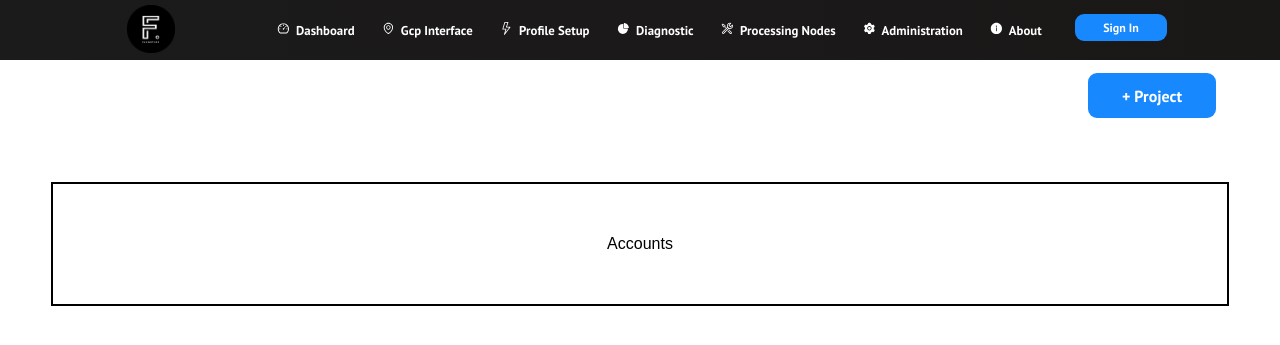
Repository: Akshaykumar1111/akki
Page: /Dashboard
The author's editor kept a copy of each file at every save. The page is drawn from the files as they stood at one save, then again after the next save.
The browser window is 1280 px wide. The pictures show the whole page.
Some web libraries are served in a nearby version. The project was rebuilt for these pictures with package versions that can differ from the ones it lists, and the page was loaded fresh each time. Also part of the build but not shown: src/components/pages/Administration.js, src/components/pages/Diagnostic.js, src/components/pages/ProfileSetup.js, src/components/pages/GcpInterface.js, src/components/pages/ProcessingNodes.js, src/components/pages/About.js, src/components/pages/Popup.css, src/components/pages/LogInPopup.js and 6 more.

Above is the page before, as saved 2022-10-20 10:13:57.

### src/App.css
* {
  box-sizing: border-box;
  margin: 0;
  padding: 0;
  font-family: 'PT Sans', sans-serif;
}

.home,
.Diagnostic,
.Dashboard,
.ProfileSetup,
.GcpInterface,
.ProcessingNodes,
.products,
.Administration,
.DeveloperTools,
.About,
.sign-up,
.SigUp,
.Forgot,
.marketing,
.consulting {
  display: flex;
  height: 961.3px;
  align-items: center;
  justify-content: center;
  font-size: 2rem;
}


.map-container{
  width: 100%;
  height: 100%;
}

.Dashboard {
  background-image: url('./images/img-1.jpg');
  background-position: center;
  background-size: cover;
  background-repeat: no-repeat;
  color: #fff;
  font-size: 100px;

  margin-bottom: 10px;
}

.GcpInterface {
  background-image: url('./images/img-2.jpg');
  background-position: center;
  background-size: cover;
  background-repeat: no-repeat;
  color: #fff;
  font-size: 100px;
}

.Diagnostic {
  background-image: url('./images/img-3.jpg');
  background-position: center;
  background-size: fill;
  background-repeat: no-repeat;
  color: #fff;
  font-size: 100px;
}

.ProfileSetup {
  background-image: url('./images/img-4.jpg');
  background-position: center;
  background-size: cover;
  background-repeat: no-repeat;
  color: #fff;
  font-size: 100px;
}

.sign-up {
  background-image: url('./images/img-7.jpg');
  background-position: center;
  background-size: cover;
  background-repeat: no-repeat;
  color: #fff;
  font-size: 100px;
}

.marketing {
  background-image: url('./images/img-6.jpg');
  background-position: center;
  background-size: cover;
  background-repeat: no-repeat;
  color: #fff;
  font-size: 100px;
}

.consulting {
  background-image: url('./images/img-5.jpg');
  background-position: bottom;
  background-size: cover;
  background-repeat: no-repeat;
  color: #fff;
  font-size: 100px;
}

### src/components/Navbar.css
.navbar {

  height: 70px;
  display: flex;
  justify-content: center;
  align-items: center;
  font-size: 1.2rem;


}
.nav-bg1{
  background-color: rgba(42, 41, 41, 0.606);
  }
.nav-bg2{
  background: linear-gradient(90deg, rgb(28, 27, 27) 0%, rgb(26, 23, 23) 100%);

}

.navbar-logo {
  color: #fff;
  justify-self: start;
  margin-left: 20px;
  cursor: pointer;
  text-decoration: none;
  font-size: 2rem;
}

.fa-firstdraft {
    margin-left: -18%;
    font-size: 1rem;
    height: 4rem;
    width: 4rem;
    text-align: center;
    margin-top: 12%;
    margin-left: -190%;
}
/* .log-img{
  width: 8%;
} */
.nav-menu {
  display: grid;
  grid-template-columns: repeat(8, auto);
  grid-gap: 10px;
  list-style: none;
  text-align: center;
  width: 70vw;
  justify-content: end;
  margin-right: 2rem;
}

.nav-item {
  display: flex;
  align-items: center;
  height: 80px;
  margin-top: 8%;
  display: flex;
}

.nav-links {
  color: white;
  text-decoration: none;
  padding: 0.5rem 1rem;
}

.nav-links:hover {
  background-color: #1888ff;
  border-radius: 4px;
  transition: all 0.2s ease-out;
}

.fa-bars {
  color: #fff;
}

.nav-links-mobile {
  display: none;
}

.menu-icon {
  display: none;
}
.li1{
  margin-top: 9%;
}

.li2{
  margin-top: 8%;
}
.li4{
  margin-top: 9%;
}
.li5{
  margin-top: 6.5%;
}
.li6{
  margin-top: 7.3%;
}
.li7{
  margin-top: 12.4%;
}
.li8{
  margin-top: 7%;
}

.nav-links1 {
  color: white;
  text-decoration: none;
  padding: 0.5rem 1rem;
}






@media screen and (max-width: 1648px) {
  .navbar {
    /* background: linear-gradient(90deg, rgb(28, 27, 27) 0%, rgb(26, 23, 23) 100%); */
    height: 60px;
    display: flex;
    justify-content: center;
    align-items: center;
    font-size: 0.8rem;
  }
  .nav-bg1{
    background-color: rgba(42, 41, 41, 0.606);
    }
  .nav-bg2{
    background: linear-gradient(90deg, rgb(28, 27, 27) 0%, rgb(26, 23, 23) 100%);

  }
  .navbar-logo {
    color: #fff;
    justify-self: start;
    margin-left: 20px;
    cursor: pointer;
    text-decoration: none;
    font-size: 1.5rem;
    padding-right: 1%;
  }

  .fa-firstdraft {
    margin-left: -6%;
    font-size: 1rem;
    height: 3rem;
    width: 3rem;
    text-align: center;
    margin-top: 12%;
}

  .nav-menu {
    display: grid;
    grid-template-columns: repeat(8, auto);
    grid-gap: 8px;
    list-style: none;
    text-align: center;
    width: 75vw;
    justify-content: end;
    margin-right: 1.2rem;
  }

  .nav-item {
    display: flex;
    align-items: center;
    height: 75px;
  }

  .nav-links {
    color: white;
    text-decoration: none;
    padding: 0.5rem 0.6rem;
  }

  .nav-links1 {
    color: white;
    text-decoration: none;
    padding: 0.5rem 1rem;
  }

  .nav-links:hover {
    background-color: #1888ff;
    border-radius: 4px;
    transition: all 0.2s ease-out;
  }

  .fa-bars {
    color: #fff;
  }

  .nav-links-mobile {
    display: none;
  }

  .menu-icon {
    display: none;
  }
  .li1{
    margin-top: 9%;
  }

  .li2{
    margin-top: 8%;
  }
  .li4{
    margin-top: 9%;
  }
  .li5{
    margin-top: 6.5%;
  }
  .li6{
    margin-top: 7.3%;
  }
  .li7{
    margin-top: 12.4%;
  }
  .li8{
    margin-top: 7%;
  }

}



@media screen and (max-width: 961px) {
  .NavbarItems {
    position: relative;
  }

  .nav-menu {
    display: flex;
    flex-direction: column;
    width: 100%;
    height: 90vh;
    position: absolute;
    top: 80px;
    left: -100%;
    opacity: 1;
    transition: all 0.5s ease;
  }

  .nav-menu.active {
    background: #242222;
    left: 0;
    opacity: 1;
    transition: all 0.5s ease;
    z-index: 1;
  }

  .nav-links {
    text-align: center;
    padding: 0rem;
    width: 100%;
    display: table;
    margin-top: -1%;
  }

  .nav-links1 {
    color: white;
    text-decoration: none;
    padding: 0.5rem 1rem;
  }


  .nav-links:hover {
    background-color: #1888ff;
    border-radius: 0;
  }

  .navbar-logo {
    position: absolute;
    top: 0;
    left: 0;
    transform: translate(25%, 50%);
  }

  .menu-icon {
    display: block;
    position: absolute;
    top: -8px;
    right: 0;
    transform: translate(-100%, 60%);
    font-size: 1.8rem;
    cursor: pointer;
  }

  .fa-times {
    color: #fff;
    font-size: 2rem;
  }
  .nav-item {
    display: flex;
    align-items: center;
    height: 88px;
    font-size: 155%;
}

  .nav-links-mobile {
    display: block;
    text-align: center;
    /* padding: 1.5rem; */
    margin: 0rem auto;
    border-radius: 16px;
    width: 50%;
    background: #1888ff;
    text-decoration: none;
    color: #fff;
    font-size: 1.2rem;
    height: 55px;
    margin-bottom: 2%;
    padding-top: 2%;
  }

  .nav-links-mobile:hover {
    background: #fff;
    color: #1888ff;
    transition: 250ms;
  }

  .nav-Button{
    margin-top: 14%;
  }
  /* button {
    display: none;
  } */
  .fa-firstdraft {
    margin-left: 85%;
    font-size: 1rem;
    height: 3rem;
    width: 3rem;
    text-align: center;
    margin-top: -28%;
}
.li1{
  margin-top: 9%;
}

.li2{
  margin-top: 8%;
}
.li4{
  margin-top: 9%;
}
.li5{
  margin-top: 6.5%;
}
.li6{
  margin-top: 7.3%;
}
.li7{
  margin-top: 12.4%;
}
.li8{
  margin-top: 7%;
}

}



@media screen and (max-width: 480px) {
  .NavbarItems {
    position: relative;
  }

  .nav-menu {
    display: flex;
    flex-direction: column;
    width: 100%;
    height: 90vh;
    position: absolute;
    top: 80px;
    left: -100%;
    opacity: 1;
    transition: all 0.5s ease;
  }

  .nav-menu.active {
    background: #242222;
    left: 0;
    opacity: 1;
    transition: all 0.5s ease;
    z-index: 1;
  }

  .nav-links {
    text-align: center;
    padding: 0rem;
    width: 100%;
    display: table;
    margin-top: -1%;
  }

  .nav-links1 {
    color: white;
    text-decoration: none;
    padding: 0.5rem 1rem;
  }


  .nav-links:hover {
    background-color: #1888ff;
    border-radius: 0;
  }

  .navbar-logo {
    position: absolute;
    top: 0;
    left: 0;
    transform: translate(25%, 50%);
  }

  .menu-icon {
    display: block;
    position: absolute;
    top: -8px;
    right: 0;
    transform: translate(-100%, 60%);
    font-size: 1.8rem;
    cursor: pointer;
  }

  .fa-times {
    color: #fff;
    font-size: 2rem;
  }
  .nav-item {
    display: flex;
    align-items: center;
    height: 88px;
    font-size: 155%;
}

  .nav-links-mobile {
    display: block;
    text-align: center;
    /* padding: 1.5rem; */
    margin: 0rem auto;
    border-radius: 16px;
    width: 50%;
    background: #1888ff;
    text-decoration: none;
    color: #fff;
    font-size: 1.2rem;
    height: 55px;
    margin-bottom: 2%;
    padding-top: 2%;
  }

  .nav-links-mobile:hover {
    background: #fff;
    color: #1888ff;
    transition: 250ms;
  }

  .nav-Button{
    margin-top: 14%;
  }
  /* button {
    display: none;
  } */
  .fa-firstdraft {
    margin-left: 50%;
    font-size: 1rem;
    height: 3rem;
    width: 3rem;
    text-align: center;
    margin-top: -28%;
}
.li1{
  margin-top: 9%;
}

.li2{
  margin-top: 8%;
}
.li4{
  margin-top: 9%;
}
.li5{
  margin-top: 6.5%;
}
.li6{
  margin-top: 7.3%;
}
.li7{
  margin-top: 12.4%;
}
.li8{
  margin-top: 7%;
}

}

/* <-----------sticky navbar----------> */
/* .sticky{
  position: fixed;
  top: 0;
  left: 0;
  width: 100%;
  height: 5rem;
  padding-top: 0;
  padding-bottom: 0;
  box-shadow: 0 0 2rem 0 rgb(0,0,0,5);
} */
/* <-----------sticky navbar end----------> */

### src/components/Button.css
:root {
  --primary: #1888ff;
}

.btn {
  padding: 6px 9px;
  border-radius: 4px;
  outline: none;
  border: none;
  font-size: 15px;
  color: #fff;
  cursor: pointer;
  background-color: var(--primary);
  margin-top: 33%;
}
.projectbtn {
  font-size: 150%;
  /* padding: 0.5% 0.1% 0.5% 0.1%; */
  width: 10%;
  margin-top: 1%;
  margin-left: 89%;
}

.btn:hover {
  padding: 5px 9px;
  transition: all 0.3s ease-out;
  background-color: transparent;
  color: #fff;
  border-radius: 4px;
  border: 2px solid var(--primary);
  transition: all 0.3s ease-out;
}
@media screen and (max-width: 1140px) {
  .NavbarItems {
    position: relative;
  }
  :root {
    --primary: #1888ff;
  }

  .btn {
    padding: 6px 12px;
    border-radius: 9px;
    outline: none;
    border: none;
    font-size: 12px;
    color: #fff;
    cursor: pointer;
    background-color: var(--primary);
    margin-top: 36%;
  }
  .projectbtn {
    font-size: 150%;
    /* padding: 0.5% 0.1% 0.5% 0.1%; */
    width: 10%;
    margin-top: 1%;
    margin-left: 89%;
  }

  .btn:hover {
    padding: 6px 18px;
    transition: all 0.3s ease-out;
    background-color: transparent;
    color: #fff;
    border-radius: 4px;
    border: 2px solid var(--primary);
    transition: all 0.3s ease-out;
  }
}

@media screen and (max-width: 1648px) {
  .NavbarItems {
    position: relative;
  }
  :root {
    --primary: #1888ff;
  }

  .btn {
    padding: 6px 12px;
    border-radius: 9px;
    outline: none;
    border: none;
    font-size: 12px;
    color: #fff;
    cursor: pointer;
    background-color: var(--primary);
    margin-top: 26%;
  }
  .projectbtn {
    font-size: 100%;
    padding: 1% 0.1% 1% 0.1%;
    width: 10%;
    margin-top: 1%;
    margin-left: 85%;
  }

  .btn:hover {
    padding: 6px 18px;
    transition: all 0.3s ease-out;
    background-color: transparent;
    color: #fff;
    border-radius: 4px;
    border: 2px solid var(--primary);
    transition: all 0.3s ease-out;
  }
}




@media screen and (max-width: 961px) {
  .NavbarItems {
    position: relative;
  }
  :root {
    --primary: #1888ff;
  }

  .btn {

    border-radius: 9px;
    outline: none;
    border: none;
    font-size: 12px;
    color: #fff;
    cursor: pointer;
    background-color: var(--primary);
    width: auto;
    margin-top: 3%;
  }
  .projectbtn {
    font-size: 100%;
    padding: 1.5% 0.1% 1.5% 0.1%;
    width: 10%;
    margin-top: 1%;
    margin-left: 86%;
  }

  .btn:hover {
    padding: 0px 0px;
    transition: all 0.3s ease-out;
    background-color: transparent;
    color: #fff;
    border-radius: 4px;
    border: 2px solid var(--primary);
    transition: all 0.3s ease-out;
  }
}

### src/components/pages/Signin.css
.sign-ups{
    display: flex;
    height: 33px;
    align-items: center;
    justify-content: center;
    font-size: 3rem;
    margin-top: -9px;
    color:whitesmoke;
    text-shadow: 2px 2px 15px white;
  }
  body {font-family: Arial, Helvetica, sans-serif;}
  /* The Modal (background) */
  .Main-login-Div {
  width: 100%;
  height: 100%;
  background-color: rgba(0,0,0,0.4);

  padding:10% 20% 5.6% 20%;

  background-image: url('../../images/abhi.jpg');
  background-size: cover;


  }

  /* input[type=text], input[type=password] {
  width: 100%;
  padding: 12px 20px;
  margin: 12px 0;
  display: inline-block;
  border: 1px solid #ccc;
  box-sizing: border-box;
  } */
  .input[type=text], .input[type=password] {
    width: 100%;
    padding: 12px 20px;
    margin: 12px 0;
    display: inline-block;
    border: 1px solid #ccc;
    box-sizing: border-box;
    }

  /* Set a style for all buttons */
  button {
  background-color: var(--primary);
  color: white;
  padding: 14px 20px;
  margin: 12px 0;
  border: none;
  cursor: pointer;
  width: 100%;
  border-radius: 10px;

  }


  button:hover {
  opacity: 0.8;
  }

  .nav-links-mobile {
    display: none;
  }

  /* Extra styles for the cancel button */
  .cancelbtn {
  width: auto;
  padding: 10px 18px;
  background-color: #f44336;
  border-radius: 9%;
  }

  .Signupbtn{
  width: auto;
  padding: 10px 18px;
  background-color: var(--primary);
  text-align: center;
  border-radius: 9%;
  }

  /* Center the image and position the close button */
  .imgcontainer  {
  text-align: center;
  margin: 24px 0 12px 0;
  position: relative;
  }

  img.avatar {
  width: 40%;
  border-radius: 50%;
  }

  .container {
  padding: 16px;
  /* text-align: right; */

  }
  .cont2{
    margin-left: 75px;
  }

  .container5 {

  /* text-align: right; */
  width: 100%;
  display: flex;
  /* height: 10%; */

  }

  .container1 {
  padding: 16px;

  width: 80%;

  }
  .container2 {
  width: 20%;
  text-align: right;
  padding: 16px;

  }







  span.psw {
  float: right;
  padding-top: 16px;
  }



  /* Modal Content/Box */
  .modal-content {
  background-color: #fefefe;
  margin: 5% auto 15% auto; /* 5% from the top, 15% from the bottom and centered */
  border: 1px solid #888;
  width: 80%; /* Could be more or less, depending on screen size */
  border-radius: 18px;
  }

  /* The Close Button (x) */
  .close {
  position: absolute;
  right: 25px;
  top: 0;
  color: #000;
  font-size: 35px;
  font-weight: bold;
  }

  .close:hover,
  .close:focus {
  color: red;
  cursor: pointer;
  }

  /* Add Zoom Animation */
  .animate {
  -webkit-animation: animatezoom 0.6s;
  animation: animatezoom 0.6s
  }

  @-webkit-keyframes animatezoom {
  from {-webkit-transform: scale(0)}
  to {-webkit-transform: scale(1)}
  }

  @keyframes animatezoom {
  from {transform: scale(0)}
  to {transform: scale(1)}
  }


  /* /////////////////////////////////////////////////////////////////////////////////////////////////////////////////// */
  @media screen and (max-width: 961px){
  .sign-ups{
    display: flex;
    height: 33px;
    align-items: center;
    justify-content: center;
    font-size: 3rem;
    margin-top: -9px;
    color:whitesmoke;
    text-shadow: 2px 2px 15px white;
  }
  body {font-family: Arial, Helvetica, sans-serif;}
  /* The Modal (background) */
  .Main-login-Div {
  width: 100%; /* Full width */
  height: 100%; /* Full height */
  background-color: rgba(0,0,0,0.4); /* Black w/ opacity */
  padding-top: 15%;
  padding-bottom: 2%;

  background-image: url('../../images/abhi.jpg');
  background-size: cover;


  }

  .input2[type=text], .input2[type=password] {
  width: 80%;
  padding: 12px 20px;
  margin: 12px 0;
  display: inline-block;
  border: 1px solid #ccc;
  box-sizing: border-box;
  }

  /* Set a style for all buttons */
  button {
  background-color: var(--primary);
  color: white;
  padding: 14px 20px;
  margin: 12px 0;
  border: none;
  cursor: pointer;
  width: 100%;
  border-radius: 10px;
  }


  button:hover {
  opacity: 0.8;
  }

  /* Extra styles for the cancel button */
  .cancelbtn {
  /* width: auto; */
  padding: 10px 18px;
  background-color: #f44336;
  }

  .Signupbtn{
  /* width: auto; */
  padding: 10px 18px;
  background-color: var(--primary);
  text-align: center;

  }

  /* Center the image and position the close button */
  .imgcontainer  {
  text-align: center;
  margin: 24px 0 12px 0;
  position: relative;
  }

  img.avatar {
  width: 40%;
  border-radius: 50%;
  }

  .container {
  padding: 16px;
  /* text-align: right; */

  }

  .container5 {

  /* text-align: right; */
  width: 100%;
  display: flex;
  /* height: 10%; */

  }

  .container1 {
  padding: 16px;

  width: 80%;

  }
  .container2 {
  width: 50%;
  text-align: right;
  padding: 16px;

  }








  span.psw {
  float: right;
  padding-top: 16px;
  }



  /* Modal Content/Box */
  .modal-content {
  background-color: #fefefe;
  margin: 5% auto 15% auto; /* 5% from the top, 15% from the bottom and centered */
  border: 1px solid #888;
  width: 80%; /* Could be more or less, depending on screen size */
  border-radius: 18px;
  }

  /* The Close Button (x) */
  .close {
  position: absolute;
  right: 25px;
  top: 0;
  color: #000;
  font-size: 35px;
  font-weight: bold;
  }

  .close:hover,
  .close:focus {
  color: red;
  cursor: pointer;
  }

  /* Add Zoom Animation */
  .animate {
  -webkit-animation: animatezoom 0.6s;
  animation: animatezoom 0.6s
  }

  @-webkit-keyframes animatezoom {
  from {-webkit-transform: scale(0)}
  to {-webkit-transform: scale(1)}
  }

  @keyframes animatezoom {
  from {transform: scale(0)}
  to {transform: scale(1)}
  }
  }
  @media screen and (max-width: 300px) {
    span.psw {
       display: block;
       float: none;
    }
    .cancelbtn {
       width: 100%;
    }
  }

  @media screen and (max-width: 610px){
    .sign-ups{
      display: flex;
      height: 33px;
      align-items: center;
      justify-content: center;
      font-size: 2rem;
      margin-top: -9px;
      color:whitesmoke;
      text-shadow: 2px 2px 15px white;
    }
    body {font-family: Arial, Helvetica, sans-serif;}
    /* The Modal (background) */
    .Main-login-Div {
    width: 100%; /* Full width */
    height: 100%; /* Full height */
    background-color: rgba(0,0,0,0.4); /* Black w/ opacity */
    padding-top: 15%;
    padding-bottom: 2%;

    background-image: url('../../images/abhi.jpg');
    background-size: cover;


    }

    .input[type=text], .input[type=password] {
    width: 100%;
    padding: 12px 20px;
    margin: 12px 0;
    display: inline-block;
    border: 1px solid #ccc;
    box-sizing: border-box;
    }

    /* Set a style for all buttons */
    /* button {
    background-color: var(--primary);
    color: white;
    padding: 14px 20px;
    margin: 12px 0;
    border: none;
    cursor: pointer;
    width: 126%;
    } */
    .button {
      background-color: var(--primary);
      color: white;
      padding: 14px 20px;
      margin: 12px 0;
      border: none;
      cursor: pointer;
      width: 100%;
      border-radius: 10px;
      }



    button:hover {
    opacity: 0.8;
    }

    /* Extra styles for the cancel button */
    .cancelbtn {
    /* width: auto; */
    padding: 7px 14px;
    background-color: #f44336;
    }
    .cont2{
      margin-left: 75px;

    }
    .Signupbtn{
    /* width: auto; */
    padding: 3px 11px;
    background-color: var(--primary);
    text-align: center;
    font-size: 14px;

    }
    .Forgot-password{
      font-size: 12px;
    }

    /* Center the image and position the close button */
    .imgcontainer  {
    text-align: center;
    margin: 24px 0 12px 0;
    position: relative;
    }

    img.avatar {
    width: 40%;
    border-radius: 50%;
    }

    .container {
    padding: 16px;
    /* text-align: right; */
    width: 100%;

    }

    .container5 {

    /* text-align: right; */
    width: 100%;
    display: flex;
    /* height: 10%; */

    }

    .container1{
    padding: 16px;

    width: 80%;

    }
    .container2 {
    width: 50%;
    text-align: right;
    padding: 16px;

    }








    span.psw1 {
    float: right;
    padding-top: 16px;
    }



    /* Modal Content/Box */
    .modal-content {
    background-color: #fefefe;
    margin: 5% auto 15% auto; /* 5% from the top, 15% from the bottom and centered */
    border: 1px solid #888;
    width: 80%; /* Could be more or less, depending on screen size */
    border-radius: 18px;
    }

    /* The Close Button (x) */
    .close {
    position: absolute;
    right: 25px;
    top: 0;
    color: #000;
    font-size: 35px;
    font-weight: bold;
    }

    .close:hover,
    .close:focus {
    color: red;
    cursor: pointer;
    }

    /* Add Zoom Animation */
    .animate {
    -webkit-animation: animatezoom 0.6s;
    animation: animatezoom 0.6s
    }

    @-webkit-keyframes animatezoom {
    from {-webkit-transform: scale(0)}
    to {-webkit-transform: scale(1)}
    }

    @keyframes animatezoom {
    from {transform: scale(0)}
    to {transform: scale(1)}
    }
    }

    @media screen and (max-width: 523px){
      .sign-ups{
        display: flex;
        height: 33px;
        align-items: center;
        justify-content: center;
        font-size: 1.5rem;
        margin-top: -9px;
        color:whitesmoke;
        text-shadow: 2px 2px 15px white;
      }
      body {font-family: Arial, Helvetica, sans-serif;}
      /* The Modal (background) */
      .Main-login-Div {
      width: 100%; /* Full width */
      height: 100%; /* Full height */
      background-color: rgba(0,0,0,0.4); /* Black w/ opacity */
      padding-top: 15%;
      padding-bottom: 2%;

      background-image: url('../../images/abhi.jpg');
      background-size: cover;


      }

      .input[type=text], .input[type=password] {
      width: 100%;
      padding: 12px 20px;
      margin: 12px 0;
      display: inline-block;
      border: 1px solid #ccc;
      box-sizing: border-box;
      }

      /* Set a style for all buttons */
      /* button {
      background-color: var(--primary);
      color: white;
      padding: 14px 20px;
      margin: 12px 0;
      border: none;
      cursor: pointer;
      width: 126%;
      } */
      .button {
        background-color: var(--primary);
        color: white;
        padding: 14px 20px;
        margin: 12px 0;
        border: none;
        cursor: pointer;
        width: 100%;
        border-radius: 10px;

        }



      button:hover {
      opacity: 0.8;
      }

      /* Extra styles for the cancel button */
      .cancelbtn {
      /* width: auto; */
      padding: 7px 14px;
      background-color: #f44336;
      }
      .cont2{
        margin-left: 30px;

      }
      .Signupbtn{
      /* width: auto; */
      padding: 3px 11px;
      background-color: var(--primary);
      text-align: center;
      font-size: 14px;

      }
      .Forgot-password{
        font-size: 12px;
      }

      /* Center the image and position the close button */
      .imgcontainer  {
      text-align: center;
      margin: 24px 0 12px 0;
      position: relative;
      }

      img.avatar {
      width: 40%;
      border-radius: 50%;
      }

      .container {
      padding: 16px;
      /* text-align: right; */
      width: 100%;

      }

      .container5 {

      /* text-align: right; */
      width: 100%;
      display: flex;
      /* height: 10%; */

      }

      .container1{
      padding: 16px;

      width: 80%;

      }
      .container2 {
      width: 50%;
      text-align: right;
      padding: 16px;

      }








      span.psw1 {
      float: right;
      padding-top: 16px;
      }



      /* Modal Content/Box */
      .modal-content {
      background-color: #fefefe;
      margin: 5% auto 15% auto; /* 5% from the top, 15% from the bottom and centered */
      border: 1px solid #888;
      width: 80%; /* Could be more or less, depending on screen size */
      border-radius: 18px;
      }

      /* The Close Button (x) */
      .close {
      position: absolute;
      right: 25px;
      top: 0;
      color: #000;
      font-size: 35px;
      font-weight: bold;
      }

      .close:hover,
      .close:focus {
      color: red;
      cursor: pointer;
      }

      /* Add Zoom Animation */
      .animate {
      -webkit-animation: animatezoom 0.6s;
      animation: animatezoom 0.6s
      }

      @-webkit-keyframes animatezoom {
      from {-webkit-transform: scale(0)}
      to {-webkit-transform: scale(1)}
      }

      @keyframes animatezoom {
      from {transform: scale(0)}
      to {transform: scale(1)}
      }

      }

### src/components/pages/Dashboard.css
.div{
    width : 500px ;
    height : 100px;
    border:1px solid black;
    background: transparent
 }

Loaded but not shown: public/index.html (common file); src/index.js (common file); src/components/Navbar.js (179 lines, source omitted); src/App.js (57 lines, source omitted); src/components/pages/Dashboard.js (14 lines, source omitted); src/components/Button.js (11 lines, source omitted); src/components/pages/Administration.css (754 lines, source omitted)

After the next save:
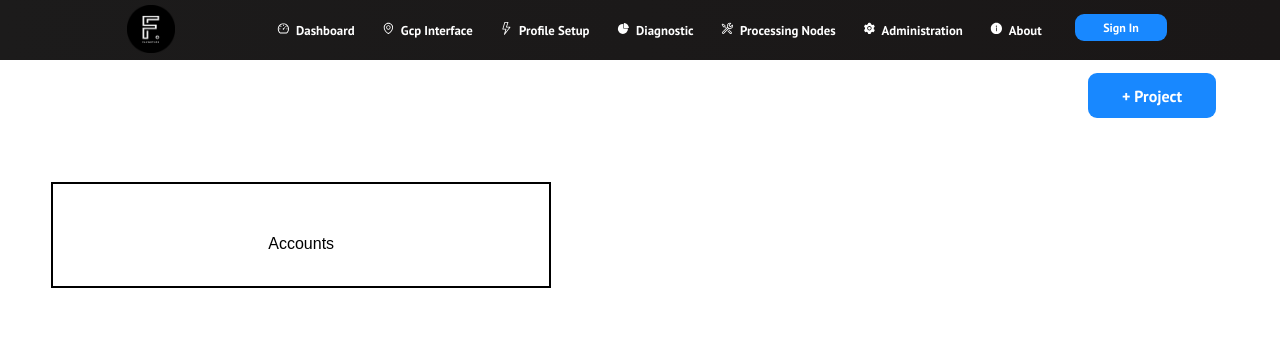
Saved 4 s later.
--- a/src/components/pages/Dashboard.css
+++ b/src/components/pages/Dashboard.css
@@ -1,4 +1,4 @@
-.div{
+.div1{
     width : 500px ;
     height : 100px;
     border:1px solid black;
